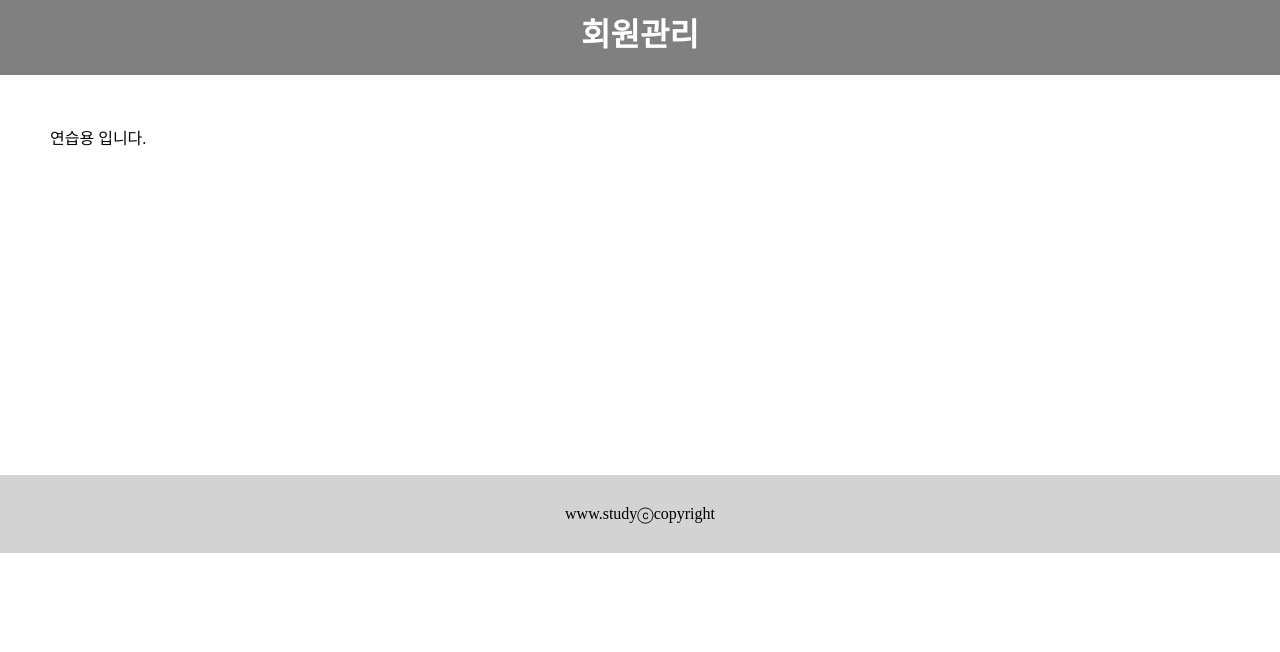
Repository: jieun000/Craftsman_Information_Processing
Page: http://localhost/00_study/
These files come from the project's save history. The page is drawn as it stood at one moment and after a run of saves; the edit follows.
The browser window is 1280 px wide. The pictures show the whole page.
The page is served by Tomcat 9.

Above is the page before, as saved 2023-07-02 13:36:39.

After the next 2 saves:
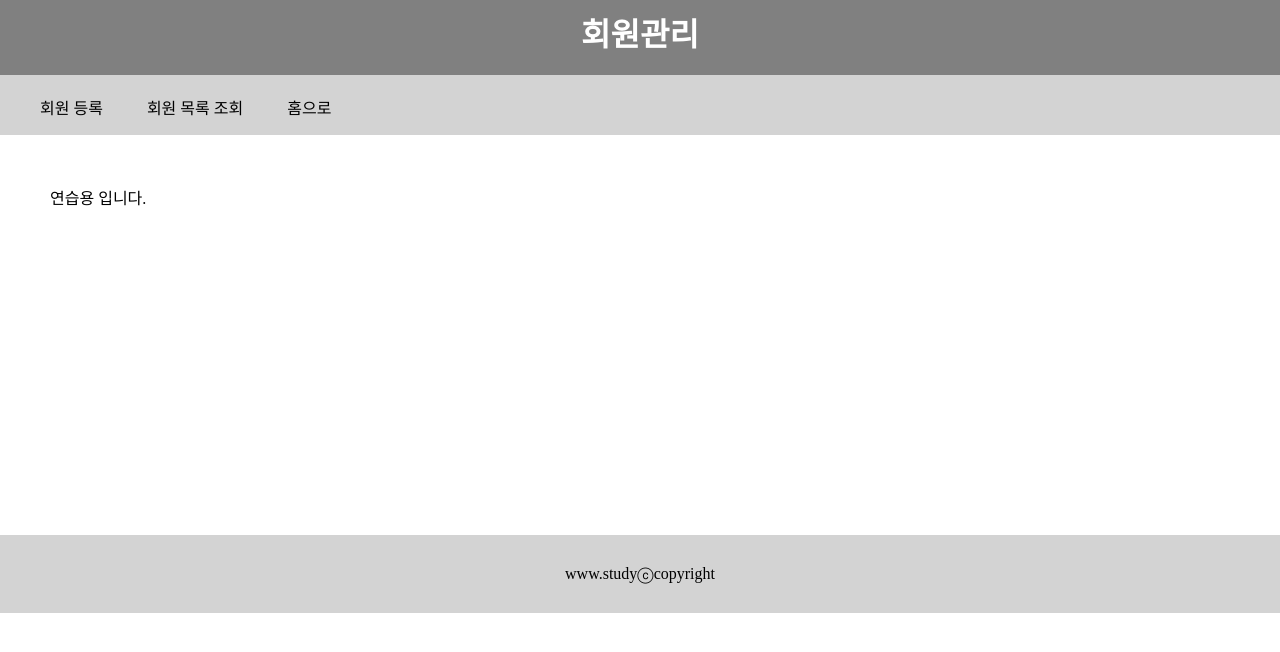
The 2 saves are shown as one change because they came seconds apart.
The last was saved 8 s later.
--- a/00_study/WebContent/header.jsp
+++ b/00_study/WebContent/header.jsp
@@ -34,5 +34,10 @@
 	<header>
 		<h1>회원관리</h1>
 	</header>
+	<nav>
+		<a href="">회원 등록</a>
+		<a href="">회원 목록 조회</a>
+		<a href="">홈으로</a>
+	</nav>
 </body>
 </html>
